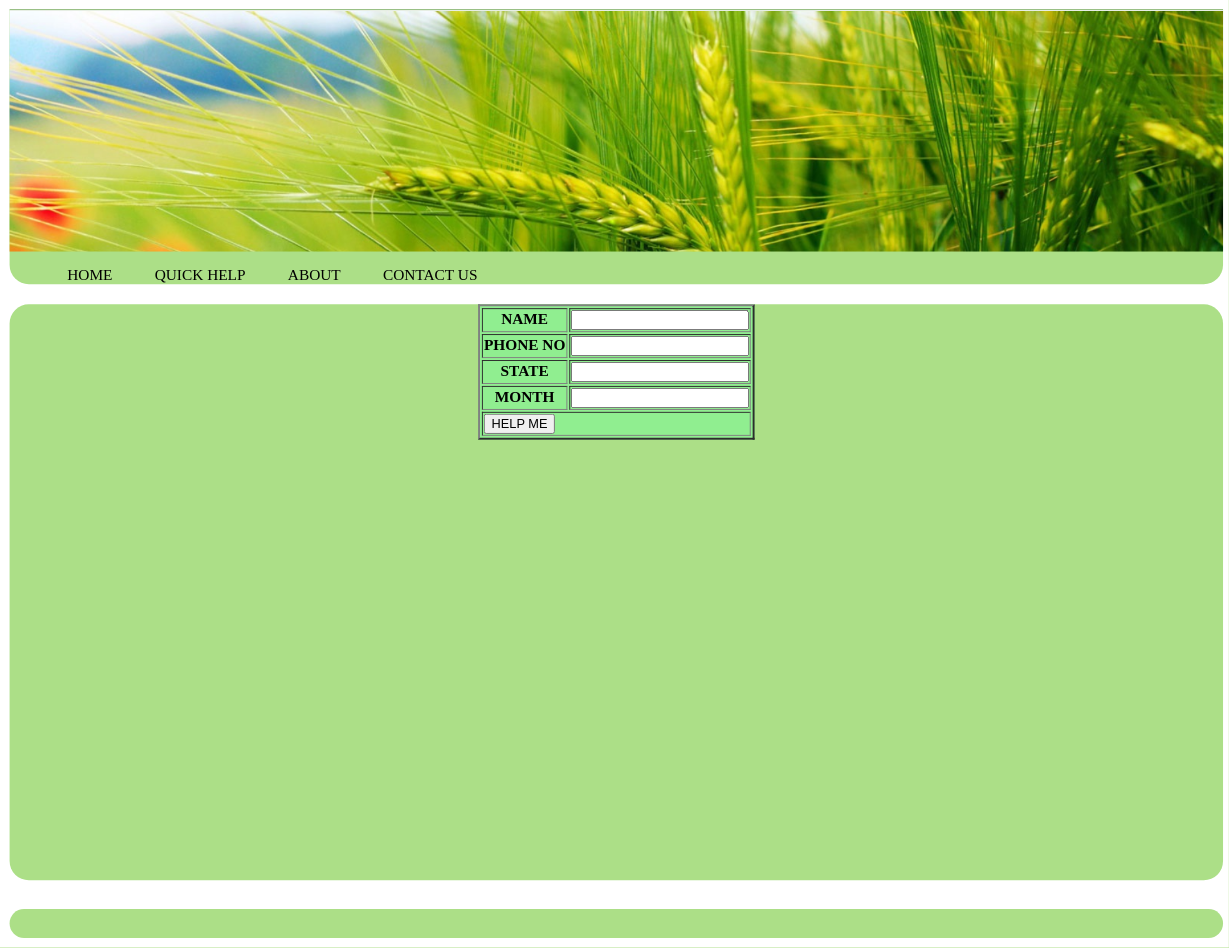
Repository: shivamtyagi1234/FarmoFriend
Page: http://localhost/FarmoFriend/QuickHelp.jsp
These files come from the project's save history. The page is drawn as it stood at one moment and after the next save; the edit follows.
The browser window is 1280 px wide. The pictures show the whole page, at 96% of full size.
The page is served by Tomcat 9. Other server files are loaded and not shown.

Above is the page before, as saved 2019-11-03 08:04:36.

### FarmoFriend/WebContent/QuickHelp.jsp
<%@ page language="java" contentType="text/html; charset=ISO-8859-1"
    pageEncoding="ISO-8859-1"%>
<!DOCTYPE html PUBLIC "-//W3C//DTD HTML 4.01 Transitional//EN" "http://www.w3.org/TR/html4/loose.dtd">
<html>
<head>
<meta http-equiv="Content-Type" content="text/html; charset=ISO-8859-1">
<title>home</title>

<style type="text/css">
#main
{
width: 100%;
height: 100%;
border: 2px solid white;
}
#homeHead
{
background-color: #ACDF87;
border-radius:0px 0px 20px 20px;
}
#blank1
{
width: 100%;
height: 5px;
}
#homeBody
{
background-color: #ACDF87;
border-top:2px solid;
width: 100%;
height: 600px;
border: 2px;
border-color:limegreen;
border-radius:20px 20px 20px 20px;
}
#homeImage
{
height: 100%;
width: 50%;
}
#homeContent
{
height: 100%;
width: 50%;
}
#homeBody img
{
height:450px;
width:300px;
padding-left: 38%;
padding-top: 3%;
}
#QuickHelp
{
border:2px;
border-color: #ACDF87;
padding-top:1%;
padding-left: 45%;
padding-bottom:1%;
background-color: #ACDF87;
border-radius:0px 0px 20px 20px;
}
#blank2
{
width: 100%;
height:30px;
}
</style>
</head>
<body >
<div id="main">
<div id="homeHead">
<jsp:include page="header.jsp"></jsp:include>
</div>
<div id="blank1"></div>

<div id="homeBody">


<form action="QuickHelpProcess.jsp">

<table align="center" border="2" bgcolor="lightgreen">
<caption></caption>
<tr><th>NAME</th><td><input type="text" name="voterName" required></td></tr>
<tr><th>PHONE NO</th><td><input type="phone" name="phone" maxlength="10" required></td></tr>
<tr><th>STATE</th><td><input type="text" name="state" required></td></tr>
<tr><th>MONTH</th><td><input type="text" name="month" required></td></tr>
<tr><td colspan="2"><input type="submit" value="HELP ME" align="center"></td></tr>
</table>



</form>


</div>
<div id="blank2"></div>
<div id="homeFoot">
<jsp:include page="footer.jsp"></jsp:include>
</div>
</div>
</body>
</html>

### FarmoFriend/WebContent/header.jsp
<%@ page language="java" contentType="text/html; charset=ISO-8859-1"
    pageEncoding="ISO-8859-1"%>
<!DOCTYPE html PUBLIC "-//W3C//DTD HTML 4.01 Transitional//EN" "http://www.w3.org/TR/html4/loose.dtd">
<head>
<meta http-equiv="Content-Type" content="text/html; charset=ISO-8859-1">
<title>result</title>
<style>
#header
{
height: 25%;
width: 100%;
}
#header ul
{
list-style-type: none;
}
#header ul li
{
display: inline;
margin-bottom: 10px;
padding: 20px;
}
#header ul li a
{
text-decoration: none;
color: black;
}
</style>
</head>
<body>
<div id="header">
	<img src="images\head.png" width="100%">
	<ul>
	<li><a href="home.jsp">HOME</a></li>
	<li><a href="QuickHelp.jsp">QUICK HELP</a></li>
	<li><a href="About.jsp">ABOUT</a></li>
	<li><a href="Contact.jsp">CONTACT US</a></li>
</ul>
</div>
</body>
</html>

### FarmoFriend/WebContent/footer.jsp
<%@ page language="java" contentType="text/html; charset=ISO-8859-1"
    pageEncoding="ISO-8859-1"%>
<!DOCTYPE html PUBLIC "-//W3C//DTD HTML 4.01 Transitional//EN" "http://www.w3.org/TR/html4/loose.dtd">
<html>
<head>
<meta http-equiv="Content-Type" content="text/html; charset=ISO-8859-1">

<title>FOOTER</title>
<style type="text/css">
#footer
{
width: 100%;
height: 30px;
background-color: #ACDF87;
border-radius:20px 20px 20px 20px;
}
</style>
</head>
<body>
<div id="footer">

</div>
</body>
</html>

After the next save:
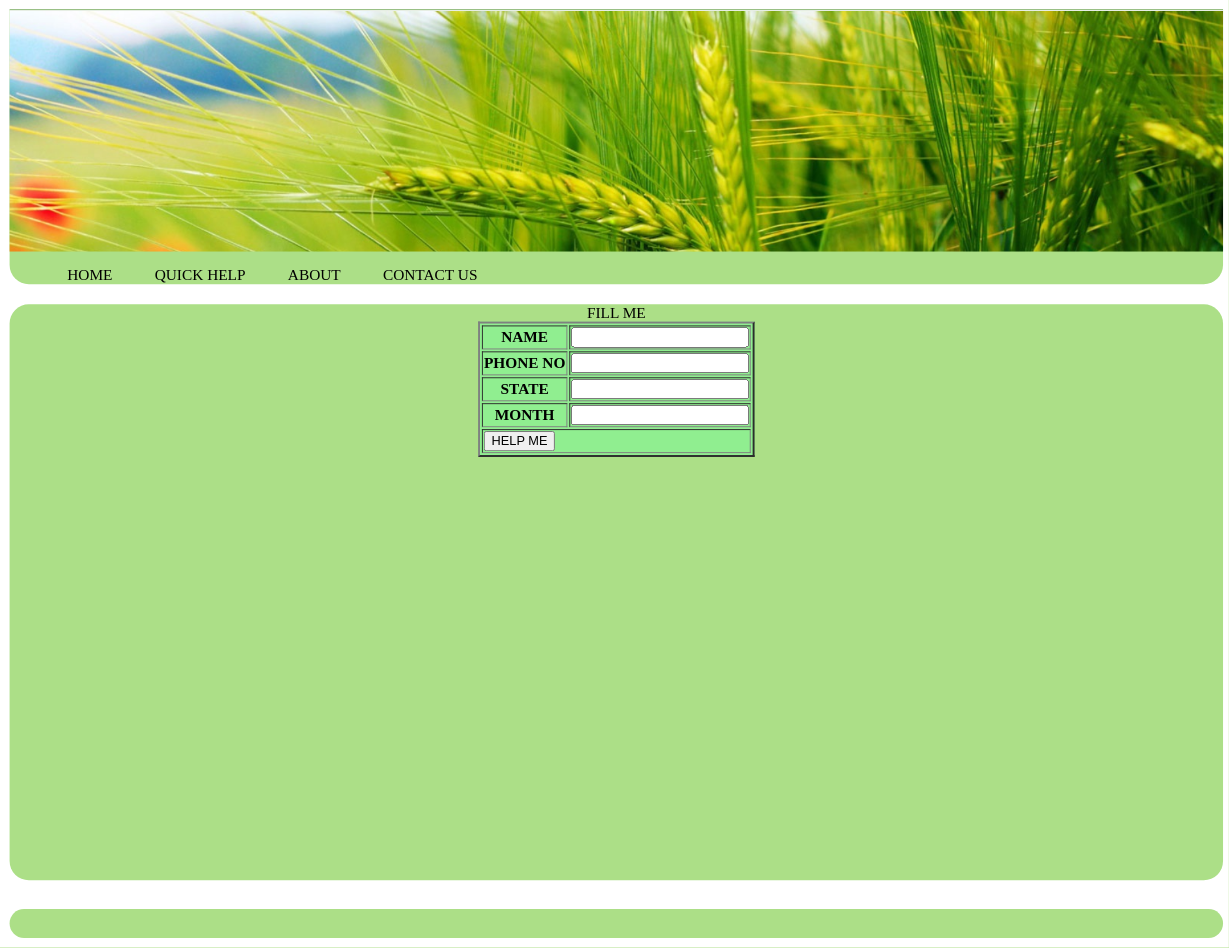
Saved 38 s later.
--- a/FarmoFriend/WebContent/QuickHelp.jsp
+++ b/FarmoFriend/WebContent/QuickHelp.jsp
@@ -80,7 +80,7 @@ height:30px;
 <form action="QuickHelpProcess.jsp">
 
 <table align="center" border="2" bgcolor="lightgreen">
-<caption></caption>
+<caption>FILL ME</caption>
 <tr><th>NAME</th><td><input type="text" name="voterName" required></td></tr>
 <tr><th>PHONE NO</th><td><input type="phone" name="phone" maxlength="10" required></td></tr>
 <tr><th>STATE</th><td><input type="text" name="state" required></td></tr>
